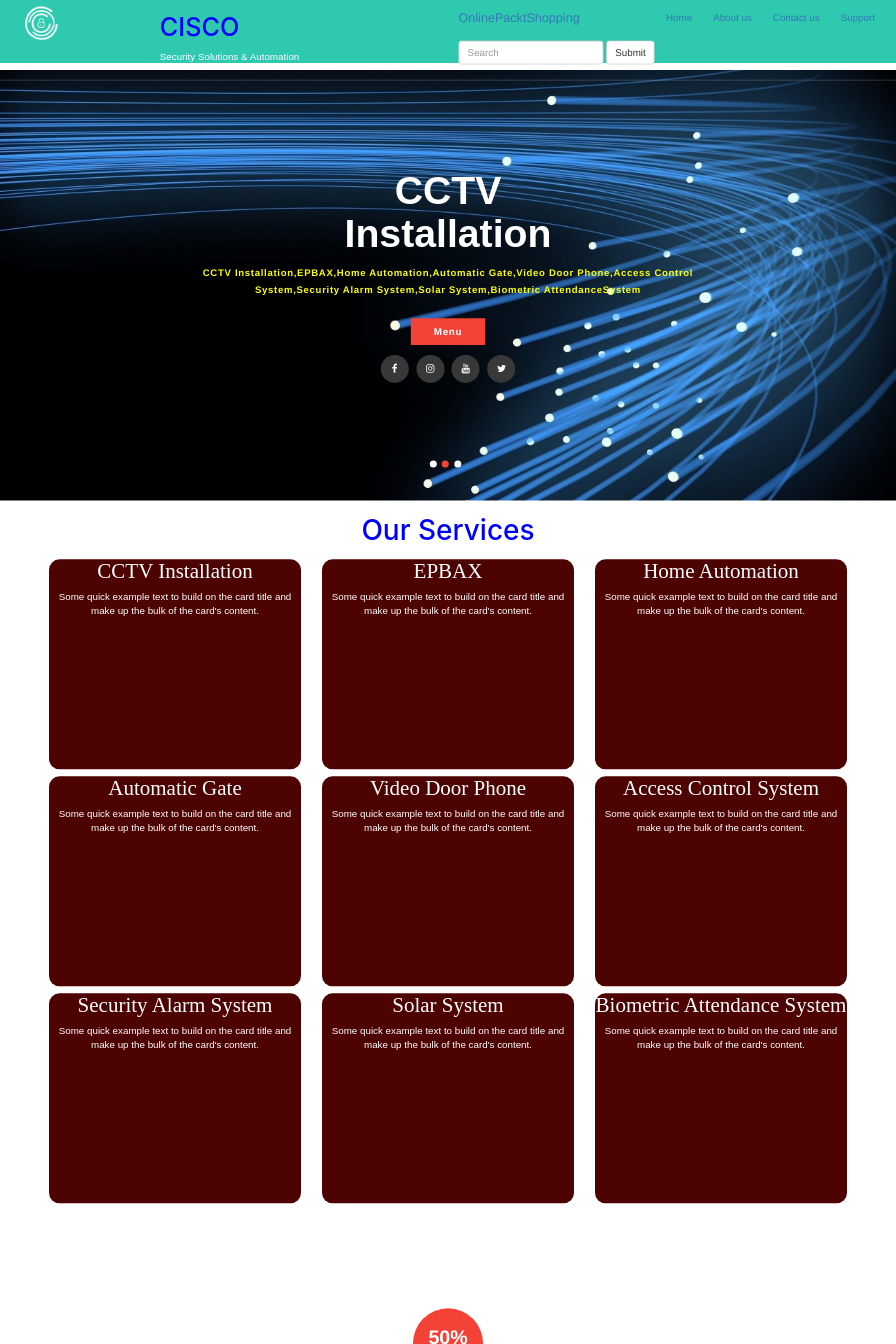
Repository: Nuhman123/Cisco
Page: index.html
These files come from the project's save history. The page is drawn as it stood at one moment and after a run of saves; the edit follows.
The browser window is 1280 px wide. The pictures show the part of the page from y = 0 to 1920 px (the page is 3207 px tall before and 3132 px after), at 70% of full size.
Some web libraries are served in a nearby version.

Above is the page before, as saved 2021-04-09 10:24:31.

After the next 2 saves:
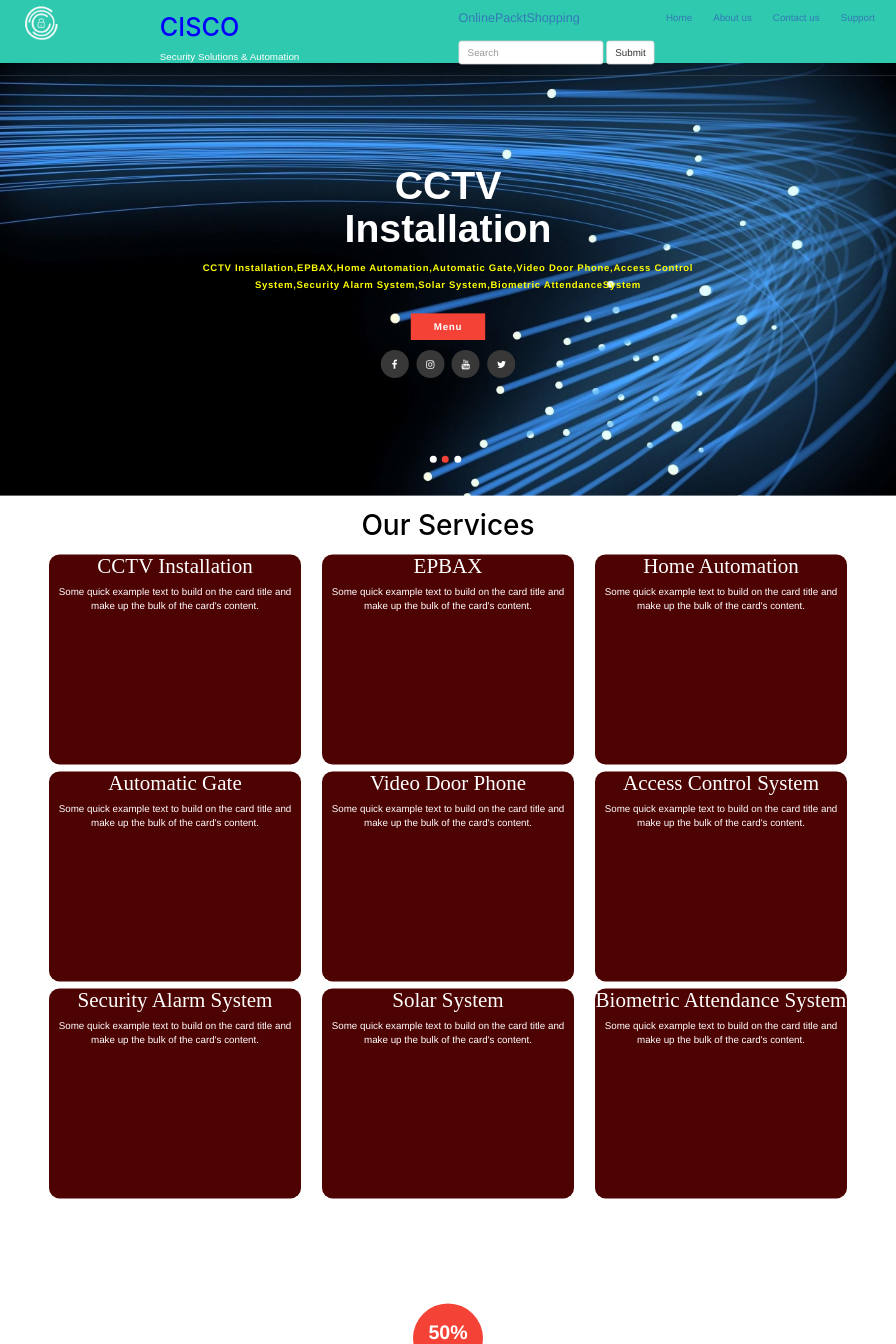
The 2 saves are shown as one change because they came seconds apart.
The last was saved 2 s later.
--- a/index.html
+++ b/index.html
@@ -96,7 +96,6 @@
 					</form>
 	    		</div>
 	    	</div>
-	    </d
 	</header>
 	<!-- banner -->
 	<div class="banner">
